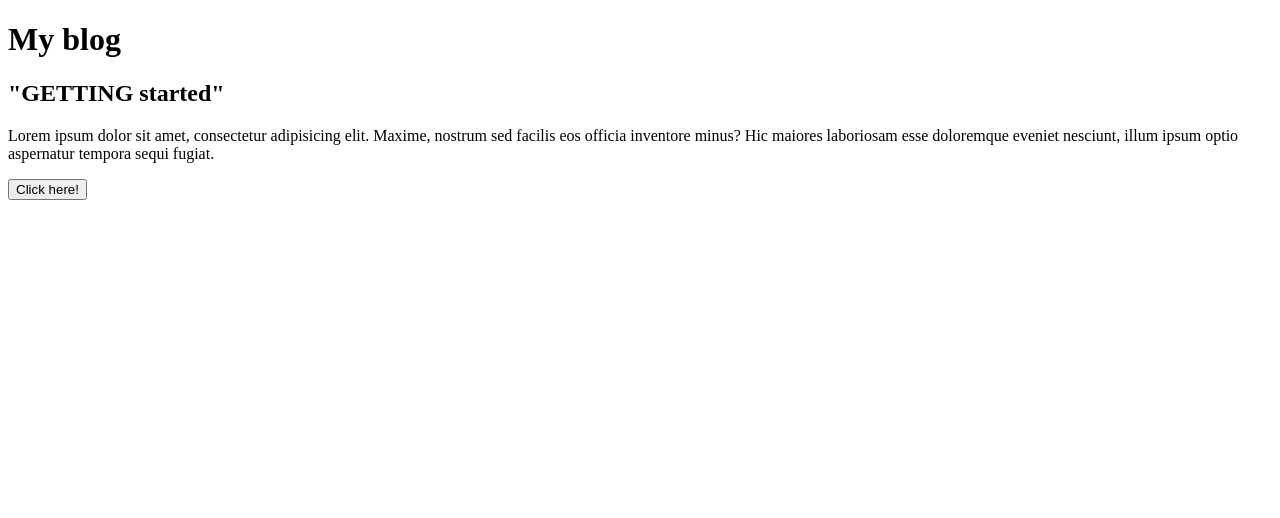
Repository: rosielee09/D3-H-week1
Page: /
The author's editor kept a copy of each file at every save. The page is drawn from the files as they stood at one save, then again after the next save.
The browser window is 1280 px wide. The pictures show the whole page.
The project was rebuilt for these pictures with package versions that can differ from the ones it lists, and the page was loaded fresh each time. Also part of the build but not shown: vite.config.js, src/index.css.

Above is the page before, as saved 2025-09-10 13:44:05.

After the next save:
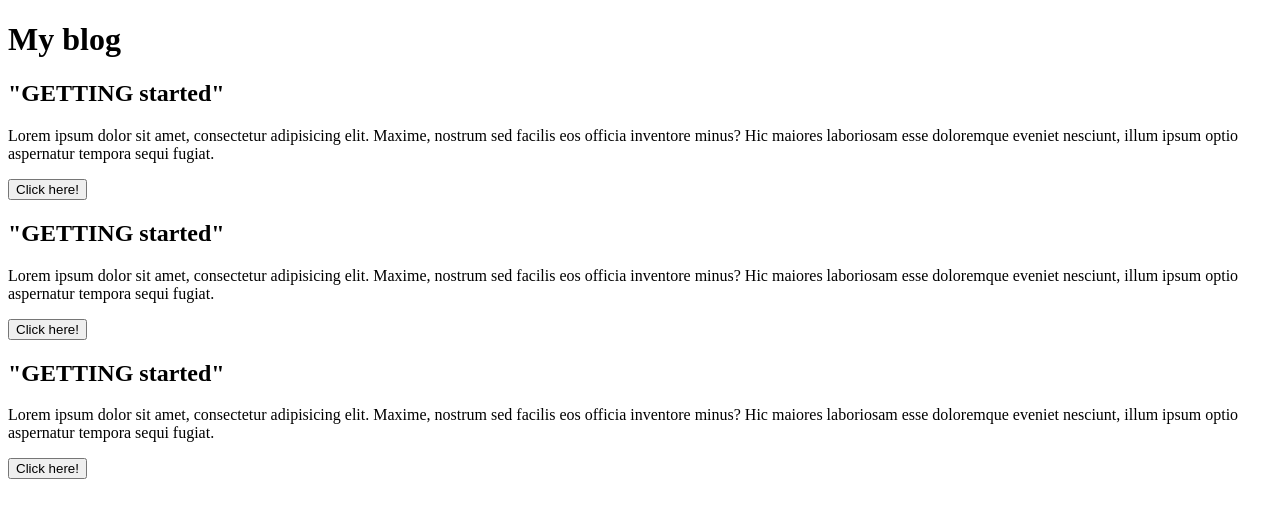
Saved 18 s later.
--- a/src/App.jsx
+++ b/src/App.jsx
@@ -2,6 +2,8 @@ function App() {
 	return (
 		<div>
 			<h1>My blog</h1>
+			<BlogEntry />
+			<BlogEntry />
 			<BlogEntry />
 		</div>
 	);
